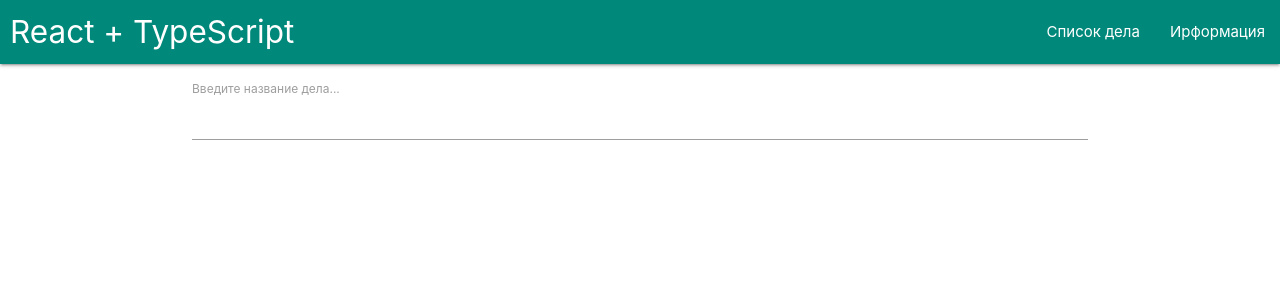
Repository: frostnn/TodoForm
Page: /About
An editor plug-in stored every save of this project. The page is shown before and after the next save, followed by the edit.
The browser window is 1280 px wide. The pictures show the whole page.
The project was rebuilt for these pictures with package versions that can differ from the ones it lists, and the page was loaded fresh each time.

Above is the page before, as saved 2020-05-27 11:23:58.

### src/index.css
body {
  margin: 0;
  font-family: -apple-system, BlinkMacSystemFont, 'Segoe UI', 'Roboto', 'Oxygen',
    'Ubuntu', 'Cantarell', 'Fira Sans', 'Droid Sans', 'Helvetica Neue',
    sans-serif;
  -webkit-font-smoothing: antialiased;
  -moz-osx-font-smoothing: grayscale;
}

code {
  font-family: source-code-pro, Menlo, Monaco, Consolas, 'Courier New',
    monospace;
}
.nav-wrapper {
  padding-left: 10px;
}
.input-field {
  margin-top: 30px;
}

### src/App.tsx
import React from 'react';
import NavBar from './components/NavBar';
import TodoForm from './components/TodoForm';


const App: React.FunctionComponent = () => {
  return (
    <>
      <NavBar/>
      <div className="container">

      <TodoForm/>

      </div>
    </>
  );
}

export default App;

### src/components/NavBar.tsx
import React from 'react';

const NavBar: React.FunctionComponent = () => {
  return (
    <nav>
      <div className="nav-wrapper teal darken-1">
        <a href="/" className="brand-logo">React + TypeScript</a>
        <ul className="right hide-on-med-and-down">
          <li>
            <a href="/">Список дела</a>
          </li>
          <li>
            <a href="/">Ирформация</a>
          </li>
        </ul>
      </div>
  </nav>
  );
}

export default NavBar;

### src/components/TodoForm.tsx
import React from 'react';



const TodoForm: React.FunctionComponent = () => {
  return (
    <>

      <div className="input-field">
        <input type="text" id="title"/>
        <label htmlFor="title" className="active">
          Введите название дела...
        </label>


      </div>
    </>
  );
}

export default TodoForm;

Loaded but not shown: public/index.html (common file); src/index.tsx (common file); src/serviceWorker.ts (common file)

After the next save:
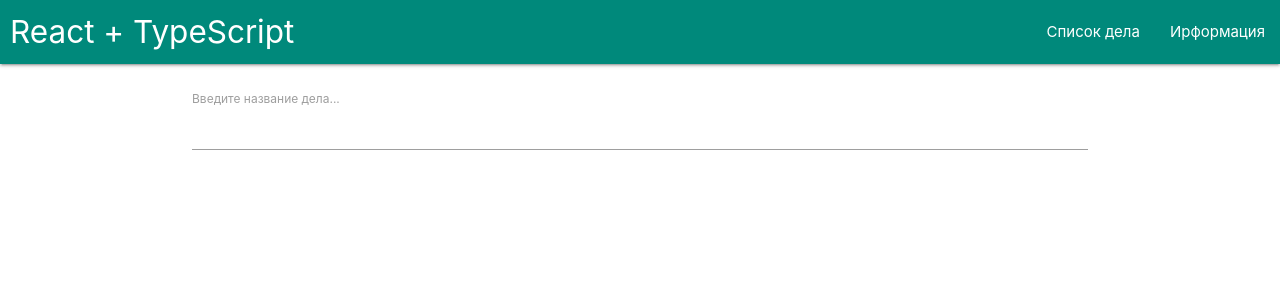
Saved 31 s later.
--- a/src/index.css
+++ b/src/index.css
@@ -15,5 +15,5 @@ code {
   padding-left: 10px;
 }
 .input-field {
-  margin-top: 30px;
+  margin-top: 40px;
 }
